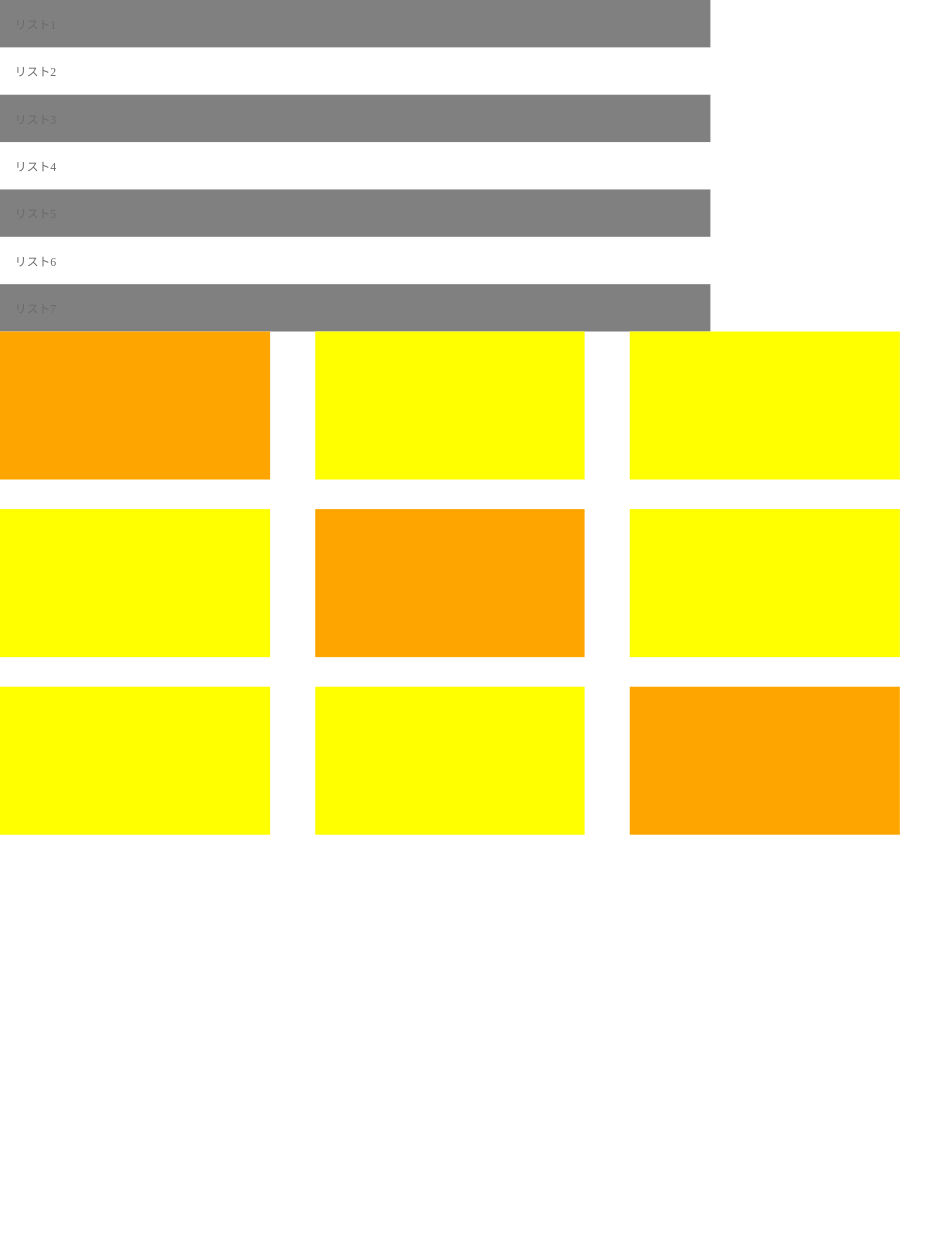
Repository: Yuki-Kawagoe/chapter4
Page: chapter8/index.html
The author's editor kept a record of every edit. The page is drawn from the files as they stood at one moment, then again after the next edit.
The browser window is 1280 px wide. The pictures show the whole page, at 74% of full size.

Above is the page before.

After the next edit:
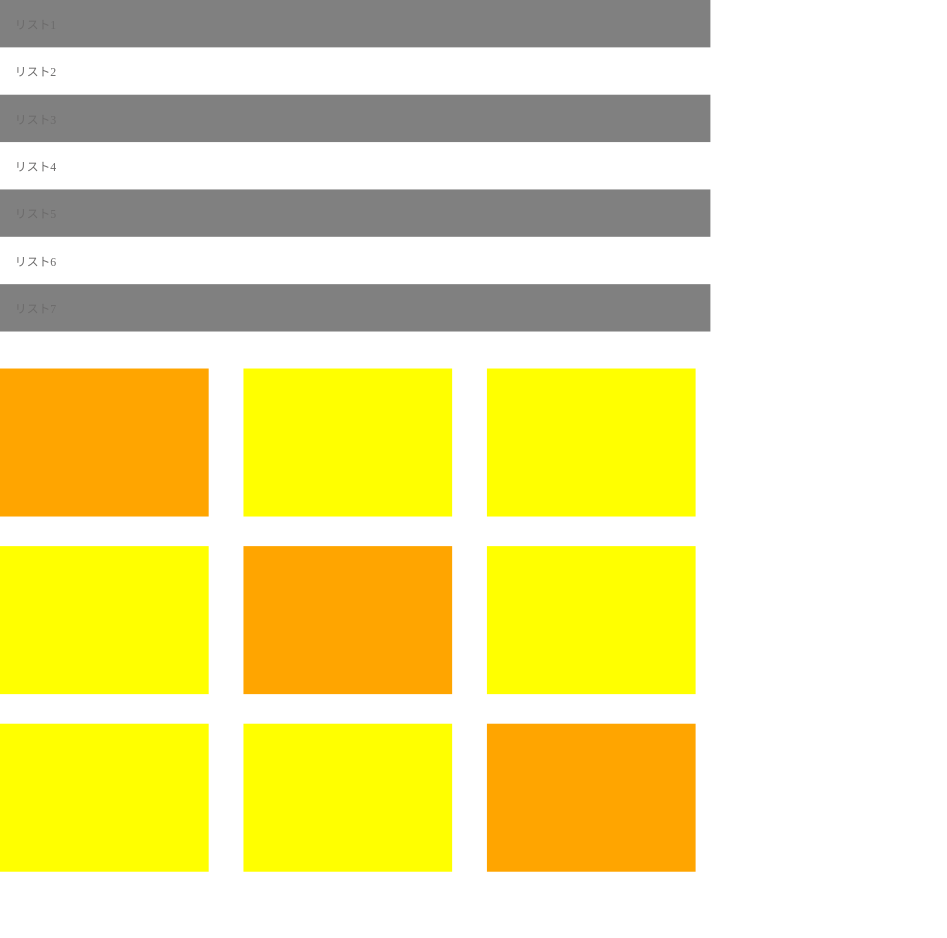
The edit:
--- a/chapter8/style.css
+++ b/chapter8/style.css
@@ -21,8 +21,8 @@
 
 
 .boxes {
+  width: 940px;
   margin: 50px 0 50px 0;
-  margin:0 5% 40% 0%;
   display:flex;
   flex-wrap:wrap;
 }
